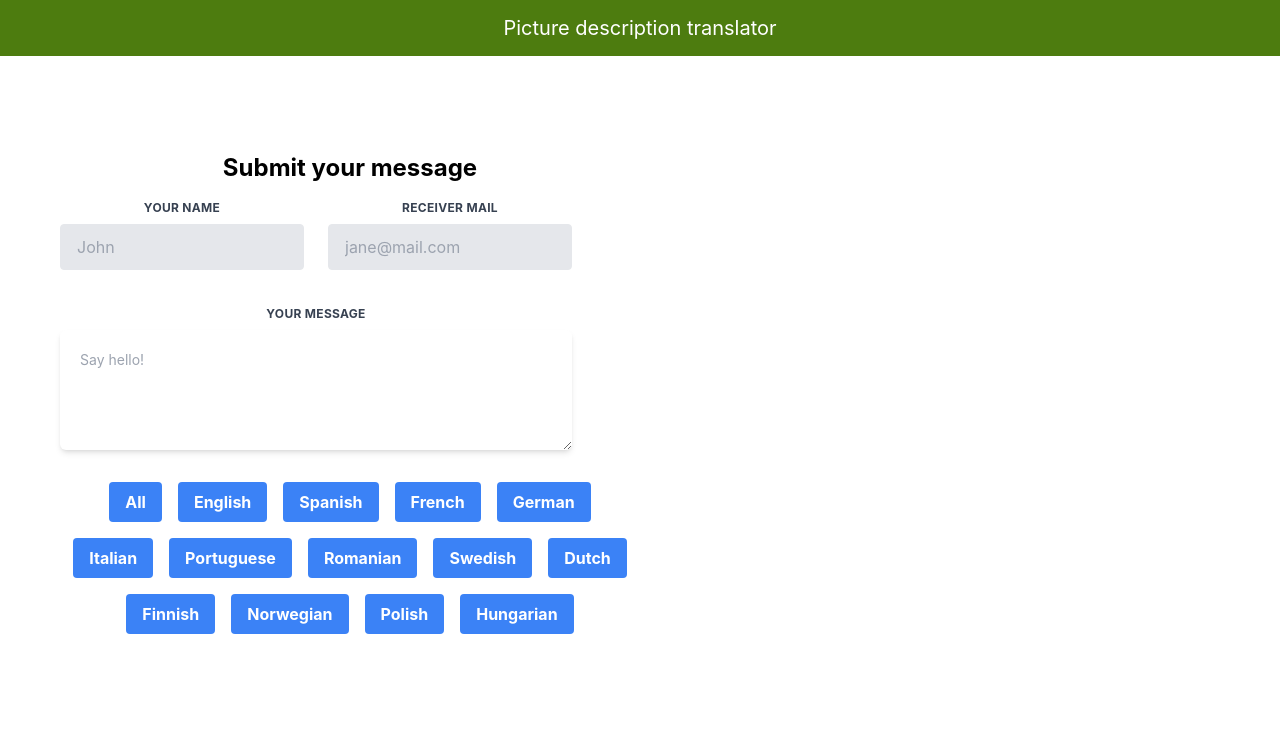
Repository: daliamsr/CloudComputing-Front
Page: /
The author's editor kept a copy of each file at every save. The page is drawn from the files as they stood at one save, then again after the next save.
The browser window is 1280 px wide. The pictures show the whole page.
The project was rebuilt for these pictures with package versions that can differ from the ones it lists, and the page was loaded fresh each time.

Above is the page before, as saved 2022-05-09 23:37:47.

### src/index.css
@tailwind base;
@tailwind components;
@tailwind utilities;

@layer base{

}
@layer components {
  .example-class{
    @apply flex mb-10;
  }
}
@layer utilities{

}
body {
  margin: 0;
  font-family: -apple-system, BlinkMacSystemFont, 'Segoe UI', 'Roboto', 'Oxygen',
    'Ubuntu', 'Cantarell', 'Fira Sans', 'Droid Sans', 'Helvetica Neue',
    sans-serif;
  -webkit-font-smoothing: antialiased;
  -moz-osx-font-smoothing: grayscale;
}

code {
  font-family: source-code-pro, Menlo, Monaco, Consolas, 'Courier New',
    monospace;
}

### src/App.js
import './App.css';
import MainPage from './Javascript/Components/MainPage';

function App() {
  return (
    <div className="App">
      <MainPage />
    </div>
  );
}

export default App;

### src/Javascript/Components/MainPage.jsx
import React from 'react';

import Header from './Header';
import MessagesSubmit from './MessagesSubmit';

function MainPage() {
    return (
        <div id="MainPage">
            <Header />
                <div className="flex max-w-7xl m-auto px-10 py-24">
                    <div className='w-1/2 pl-5'>
                        <MessagesSubmit />
                    </div>
                </div>
        </div>
    );
}

export default MainPage;

### src/Javascript/Components/Header.jsx
import React from 'react';

function Header() {
    return (
        <header className='h-14 bg-lime-700 flex justify-center'>
            <span className='self-center text-white text-bold text-xl'>Picture description translator</span>
        </header>
     );
}

export default Header;

### src/Javascript/Components/MessagesSubmit.jsx
// MessagesSubmit.jsx
import React from 'react';
import axios from 'axios';
import { LANGUAGES_ARRAY, DEFAULT_MAIL } from '../utils/constants';

function MessagesSubmit() {

    const handleMessageSend = async (e) => {
        const language = e.target.value;
        const senderName = document.getElementById('senderName').value;
        const receiverMail = document.getElementById('receiverMail').value;
        const messageContent = document.getElementById('messageContent').value;

        try {
            let response = await axios.post(
                `${process.env.REACT_APP_API_URL}/messages/foreign`,
                {
                    language,
                    senderName,
                    senderMail: DEFAULT_MAIL,
                    receiverMail,
                    messageContent
                });

                if(response.status === 200) {
                    alert(`Your original messages was in ${response.data.translationData.originalLanguage}. \nMessage sent: ${response.data.translationData.translatedText}`);
                }
        }
        catch (error) {
            alert('Something went wrong');
            console.log(error);
        }
    }

    return (
        <div id="MessagesSubmit">
            <div className='text-2xl font-bold mb-4'>Submit your message</div>
            <form className="w-full max-w-lg">
                <div className="flex flex-wrap -mx-3 mb-6">
                    <div className="w-full md:w-1/2 px-3 mb-6 md:mb-0">
                        <label className="block uppercase tracking-wide text-gray-700 text-xs font-bold mb-2" htmlFor="senderName">
                            Your name
                        </label>
                        <input className="appearance-none block w-full bg-gray-200 text-gray-700 border rounded py-3 px-4 mb-3 leading-tight focus:outline-none focus:bg-white" id="senderName" type="text" placeholder="John" />
                    </div>
                    <div className="w-full md:w-1/2 px-3">
                    <label className="block uppercase tracking-wide text-gray-700 text-xs font-bold mb-2" htmlFor="receiverMail">
                            Receiver mail
                        </label>
                        <input className="appearance-none block w-full bg-gray-200 text-gray-700 border rounded py-3 px-4 mb-3 leading-tight focus:outline-none focus:bg-white" id="receiverMail" type="text" placeholder="jane@mail.com" />
                    </div>
                </div>
                <div className="flex flex-wrap -mx-3 mb-6">
                    <div className="w-full md:w-full px-3 mb-6 md:mb-0">
                        <label className="block uppercase tracking-wide text-gray-700 text-xs font-bold mb-2" htmlFor="messageContent">
                            Your message
                        </label>
                        <textarea
                            rows={4}
                            name="comment"
                            id="messageContent"
                            className="shadow-md focus:ring-indigo-500 focus:border-indigo-500 block w-full sm:text-sm border-gray-800 rounded-md p-5"
                            placeholder={'Say hello!'} />
                    </div>
                </div>
            </form>

            {/* Create a button for each language from LANGUAGES_ARRAY */}
            {LANGUAGES_ARRAY.map((language, index) => {
                return (
                    <button
                        key={index}
                        className="bg-blue-500 hover:bg-blue-700 text-white font-bold py-2 px-4 rounded m-2 capitalize"
                        onClick={handleMessageSend}
                        value={language}>
                        {language.toLowerCase()}
                    </button>
                )
            })}
        </div>
    );
}

export default MessagesSubmit;

### src/Javascript/utils/constants.js
export const LANGUAGES_ARRAY = [
  'ALL',
  'ENGLISH',
  'SPANISH',
  'FRENCH',
  'GERMAN',
  'ITALIAN',
  'PORTUGUESE',
  'ROMANIAN',
  'SWEDISH',
  'DUTCH',
  'FINNISH',
  'NORWEGIAN',
  'POLISH',
  'HUNGARIAN',
];

export const DEFAULT_MAIL = 'daliamusuroi7@gmail.com';

Loaded but not shown: public/index.html (common file); src/index.js (common file); src/reportWebVitals.js (common file); src/App.css (common file); tailwind.config.js (common file)

After the next save:
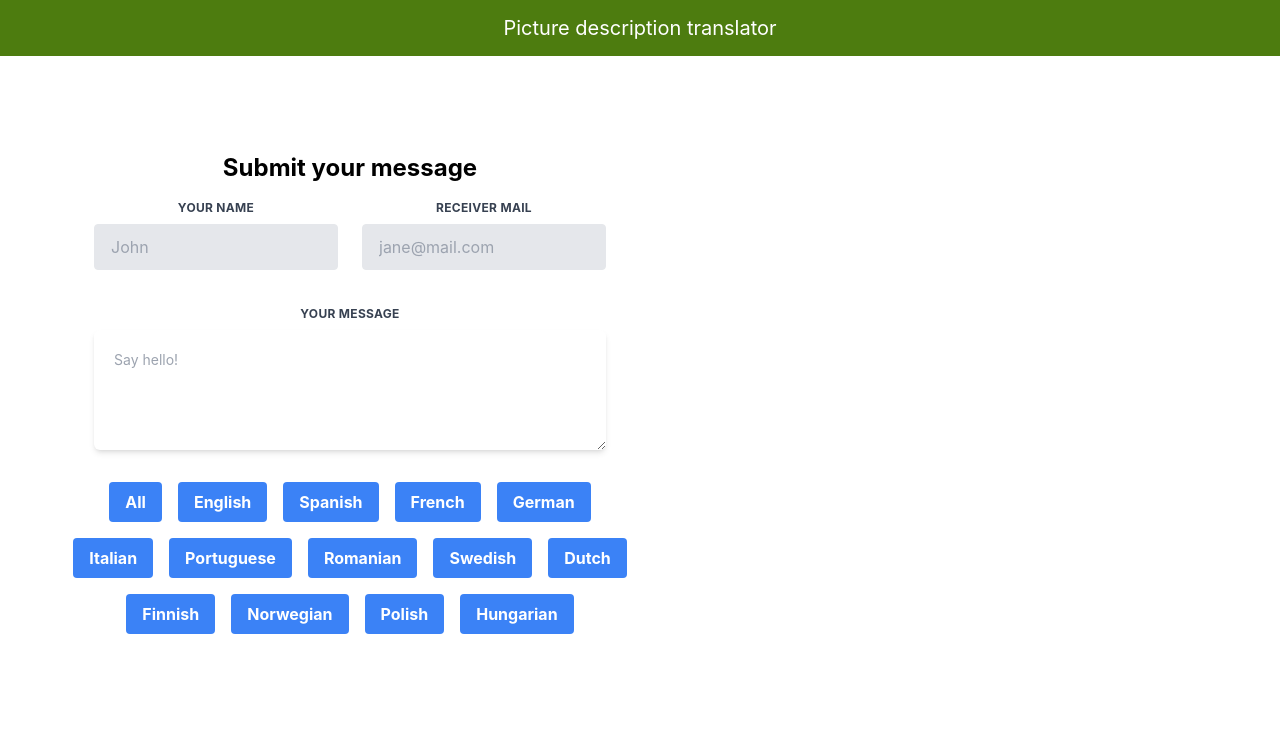
Saved 103 s later.
--- a/src/Javascript/Components/MainPage.jsx
+++ b/src/Javascript/Components/MainPage.jsx
@@ -8,7 +8,7 @@ function MainPage() {
         <div id="MainPage">
             <Header />
                 <div className="flex max-w-7xl m-auto px-10 py-24">
-                    <div className='w-1/2 pl-5'>
+                    <div className='w-1/2 pl-5' align='center'>
                         <MessagesSubmit />
                     </div>
                 </div>
